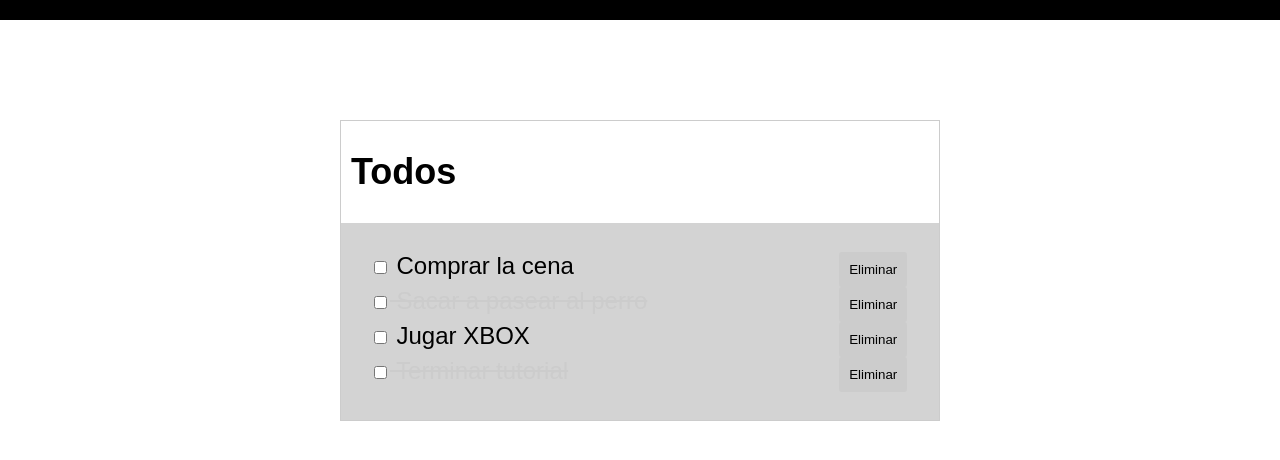
Repository: MauriVaz/Primer-app-con-Vue
Page: /
An editor plug-in stored every save of this project. The page is shown before and after the next save, followed by the edit.
The browser window is 1280 px wide. The pictures show the whole page.
The project was rebuilt for these pictures with package versions that can differ from the ones it lists, and the page was loaded fresh each time. Also part of the build but not shown: vue.config.js.

Above is the page before, as saved 2022-12-13 03:57:28.

### public/index.html
<!DOCTYPE html>
<html lang="">
  <head>
    <meta charset="utf-8">
    <meta http-equiv="X-UA-Compatible" content="IE=edge">
    <meta name="viewport" content="width=device-width,initial-scale=1.0">
    <link rel="icon" href="<%= BASE_URL %>favicon.ico">
    <title><%= htmlWebpackPlugin.options.title %></title>
  </head>
  <body>
    <noscript>
      <strong>Por favor activa Javascript</strong>
    </noscript>
    <div id="app"></div>
    <!-- built files will be auto injected -->
  </body>
</html>

### src/App.vue
<template>
  <div id="header"></div>
  <div id="main-container">
    <h2>Todos</h2>
    <Todos v-bind:todoslist="copyTodos" />
  </div>
</template>

<script>
// import HelloWorld from './components/HelloWorld.vue'
// import Search from './components/Search.vue';
// import TodoAdd from "./components/TodoAdd.vue"
import Todos from './components/Todos';

export default {
  name: 'App',
  components: {
    Todos
  },
  data(){
    return{
      todos:[
        {
          id:0,
          title:"Comprar la cena",
          completed:false
        },{
          id:1,
          title:"Sacar a pasear al perro",
          completed:true
        },{
          id:2,
          title:"Jugar XBOX",
          completed:false
        },
        {
          id:3,
          title:"Terminar tutorial",
          completed:true
        }
      ],
      copyTodos:[]
    }
  },
  created(){
    this.copyTodos=[...this.todos]
  }
}
</script>

<style>
*{
  box-sizing: border-box;
}

body{
  font-family: Arial, Helvetica, sans-serif;
  font-size: 1.5em;
  padding: 0;
  margin: 0;
 }
 #main-container{
   border: solid 1px #ccc;
   width: 600px;
   margin: 100px auto;
  }
  #header{
  background:black;
  padding: 10px;
}
h2{
   padding: 0 10px;
 }

</style>

### src/components/Todos.vue
<template>
    <div class="container">
        <div v-bind:key="todo.id" v-for="todo in todoslist">
            <TodoItem v-bind:todo="todo"/>
        </div>
    </div>
</template>

<script>
import TodoItem from './TodoItem.vue';

export default{
    // eslint-disable-next-line vue/multi-word-component-names
    name: "Todos",
    props: ["todoslist"],
    components: { TodoItem }
}
</script>

<style>
.container{
    background-color: lightgray;
    padding:4vh;
}
</style>

### src/components/TodoItem.vue
<template>
    <div>
        <div v-bind:class="{completed:todo.completed}" class="todo-body">
            <input type="checkbox" />
            {{todo.title}}
        </div>
        <div class="todo-actions">
            <button>Eliminar</button>
        </div>
    </div>
</template>

<script>
export default{
    name:"TodoItem",
    props:['todo']
}
</script>

<style scoped>
    .todo{
        border-bottom:solid 1px #ccc
    }

    .todo:not(.completed):hover{
        background-color: #eee;
    }

    .completed{
        color:#ccc;
        text-decoration: line-through;
    }

    .completed .todo-body{
        text-decoration: line-through;
    }

    .todo-body, .todo-actions{
        display: inline-block;
        vertical-align: top;
    }

    .todo-body{
        width: 85%;
    }

    .todo-actions{
        padding: 0 10px;
        width: 10%;
    }

    button{
        border: none;
        border-radius: 3px;
        padding: 10px;
        background-color: #ccc;
        color:black
    }

    button:hover{
        background-color: #da2020;
        color:white
    }


</style>

Loaded but not shown: src/main.js (common file)

After the next save:
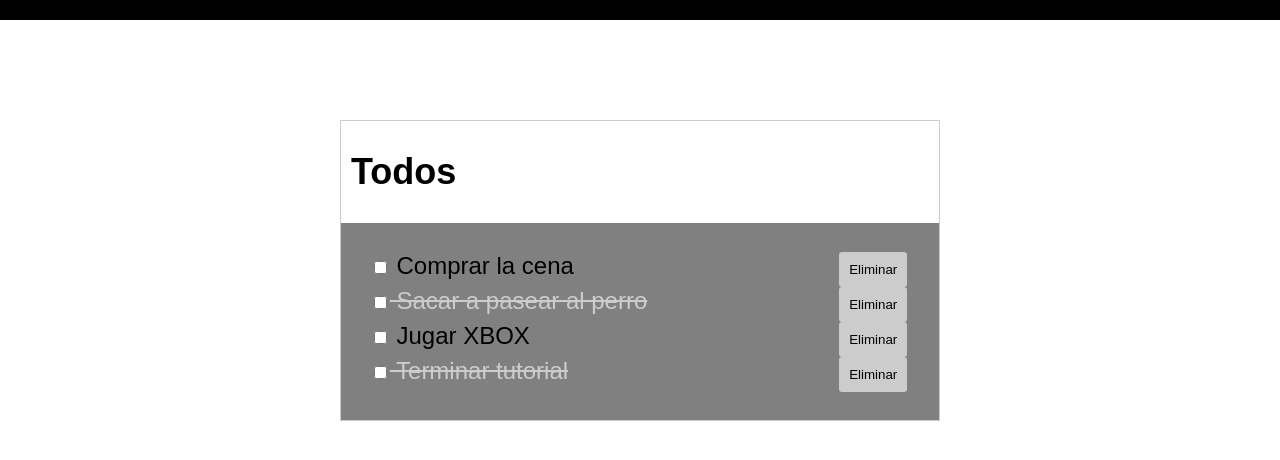
Saved 12 s later.
--- a/src/components/Todos.vue
+++ b/src/components/Todos.vue
@@ -19,7 +19,7 @@ export default{
 
 <style>
 .container{
-    background-color: lightgray;
+    background-color: gray;
     padding:4vh;
 }
 </style>
